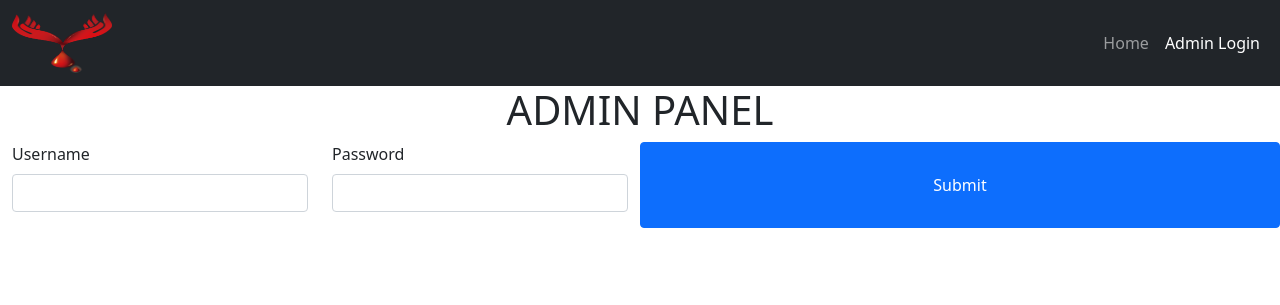
Repository: kshitizJ/Blood-Bank-Management-System-in-jsp
Page: http://localhost/Blood_Bank_Management_System/adminLogin.jsp
An editor plug-in stored every save of this project. The page is shown before and after the next save, followed by the edit.
The browser window is 1280 px wide. The pictures show the whole page.
The page is served by Tomcat 9.

Above is the page before, as saved 2021-04-27 18:25:44.

After the next save:
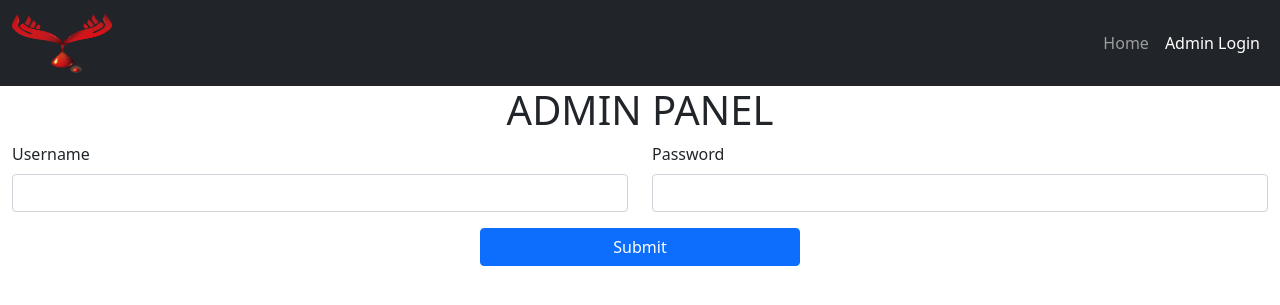
Saved 17 s later.
--- a/Blood Bank Management System/WebContent/adminLogin.jsp
+++ b/Blood Bank Management System/WebContent/adminLogin.jsp
@@ -39,15 +39,15 @@
 			<div class="col-12">
 				<form class="row d-flex justify-content-center"
 					action="adminLogin.jsp" method="POST">
-					<div class="mb-3 col-md-3">
+					<div class="mb-3 col-md-6">
 						<label for="uname" class="form-label">Username</label> <input
 							type="text" class="form-control" id="uname" name="uname">
 					</div>
-					<div class="mb-3 col-md-3">
+					<div class="mb-3 col-md-6">
 						<label for="pass" class="form-label">Password</label> <input
 							type="text" class="form-control" id="pass" name="pass">
 					</div>
-					<button type="submit" class="btn btn-primary col">Submit</button>
+					<button type="submit" class="btn btn-primary col-3">Submit</button>
 				</form>
 			</div>
 		</div>
